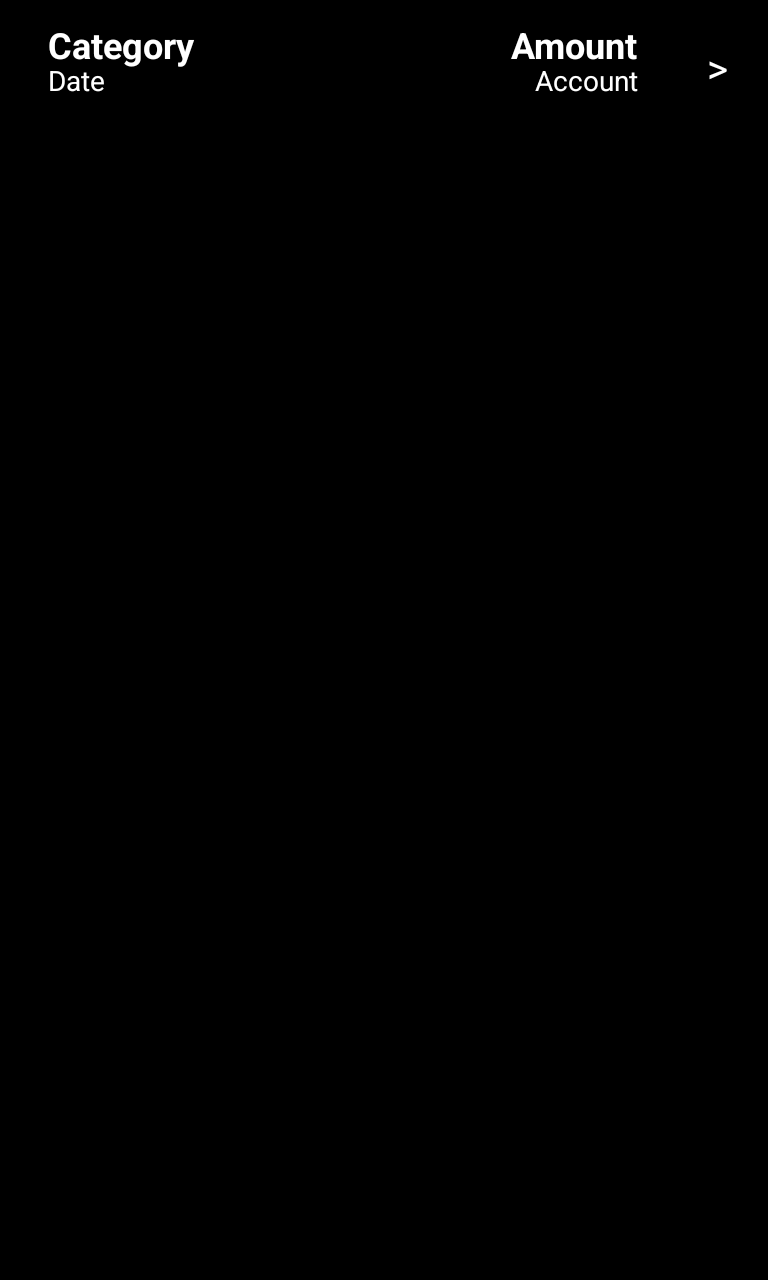
Repository: marlon-rodrigues/Nummus_Android
Layout: Nummus/res/layout/list_incexp.xml
An editor plug-in stored every save of this project. The layout is shown before and after the next save, followed by the edit.
It is drawn on a 768 x 1280 px phone screen (xhdpi) without system bars, with theme AppTheme; the app's code is not run.

Above is the layout before, as saved 2012-08-22 16:44:23.

### Nummus/res/layout/list_incexp.xml
<?xml version="1.0" encoding="utf-8"?>
<RelativeLayout xmlns:android="http://schemas.android.com/apk/res/android"
    android:layout_width="match_parent"
    android:layout_height="match_parent" >

    <TextView
        android:id="@+id/textCategory"
        android:layout_width="wrap_content"
        android:layout_height="35dp"
        android:layout_alignParentLeft="true"
        android:layout_alignParentTop="false"
        android:layout_marginTop="10dp"
        android:layout_marginLeft="24dp"
        android:text="Category"
        android:textColor="#FFFFFF"
        android:textStyle="bold"
        android:textSize="18sp"/>

    <TextView
        android:id="@+id/textDate"
        android:layout_width="wrap_content"
        android:layout_height="wrap_content"
        android:layout_alignLeft="@+id/textCategory"
        android:layout_below="@+id/textCategory"
        android:layout_marginTop="-15dp"
        android:text="Date"
        android:textColor="#FFFFFF"
        android:textSize="14sp"/>

	<TextView
        android:id="@+id/textAmount"
        android:layout_width="wrap_content"
        android:layout_height="35dp"
        android:layout_alignParentRight="true"
        android:layout_alignParentTop="false"
        android:layout_marginTop="10dp"
        android:layout_marginRight="65dp"
        android:text="Amount"
        android:textColor="#FFFFFF"
        android:textStyle="bold"
        android:textSize="18sp"/>

    <TextView
        android:id="@+id/textAccount"
        android:layout_width="wrap_content"
        android:layout_height="wrap_content"
        android:layout_alignRight="@+id/textAmount"
        android:layout_below="@+id/textAmount"
        android:layout_marginTop="-15dp"
        android:text="Account"
        android:textColor="#FFFFFF"
        android:textSize="14sp"/>

	<TextView
        android:id="@+id/textDetail"
        android:layout_width="wrap_content"
        android:layout_height="wrap_content"
        android:layout_alignParentRight="true"
        android:layout_marginTop="20dp"
        android:layout_marginRight="20dp"
        android:text=">"
        android:textColor="#FFFFFF"
        android:textSize="20sp"/>

</RelativeLayout>

### Nummus/res/values/styles.xml
<resources>
    <style name="AppTheme" parent="android:Theme.NoTitleBar.Fullscreen"></style>

</resources>

After the next save:
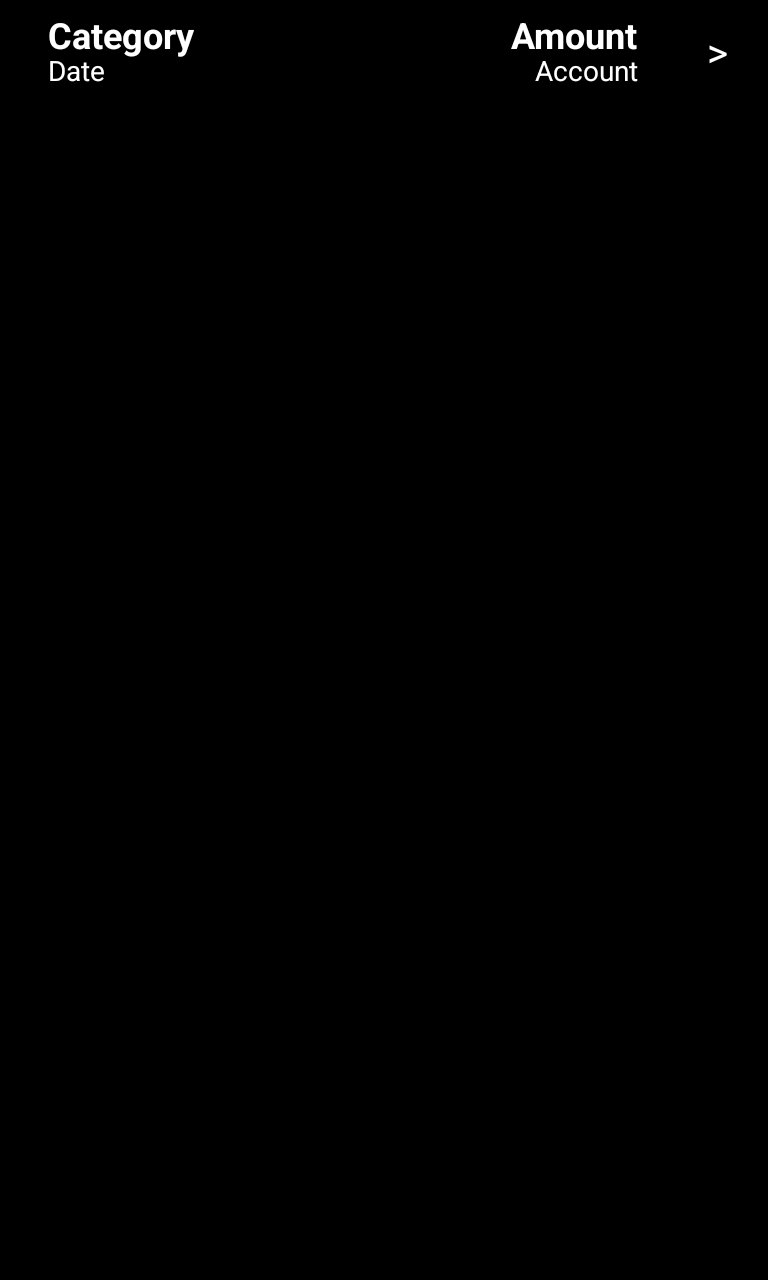
Saved 2 min 5 s later.
--- a/Nummus/res/layout/list_incexp.xml
+++ b/Nummus/res/layout/list_incexp.xml
@@ -9,7 +9,7 @@
         android:layout_height="35dp"
         android:layout_alignParentLeft="true"
         android:layout_alignParentTop="false"
-        android:layout_marginTop="10dp"
+        android:layout_marginTop="5dp"
         android:layout_marginLeft="24dp"
         android:text="Category"
         android:textColor="#FFFFFF"
@@ -33,7 +33,7 @@
         android:layout_height="35dp"
         android:layout_alignParentRight="true"
         android:layout_alignParentTop="false"
-        android:layout_marginTop="10dp"
+        android:layout_marginTop="5dp"
         android:layout_marginRight="65dp"
         android:text="Amount"
         android:textColor="#FFFFFF"
@@ -56,7 +56,7 @@
         android:layout_width="wrap_content"
         android:layout_height="wrap_content"
         android:layout_alignParentRight="true"
-        android:layout_marginTop="20dp"
+        android:layout_marginTop="12dp"
         android:layout_marginRight="20dp"
         android:text=">"
         android:textColor="#FFFFFF"
